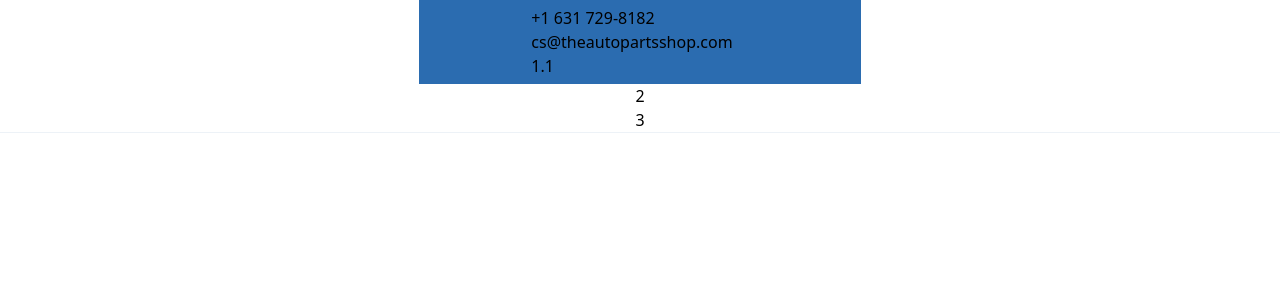
Repository: robindhimanspineor/TAPS-Next
Page: /
An editor plug-in stored every save of this project. The page is shown before and after the next save, followed by the edit.
The browser window is 1280 px wide. The pictures show the whole page.
The project was rebuilt for these pictures with package versions that can differ from the ones it lists, and the page was loaded fresh each time. The framework's server and built-in components were replaced by stand-ins that run in the browser. Also part of the build but not shown: next.config.js.

Above is the page before, as saved 2021-09-16 14:35:06.

After the next save:
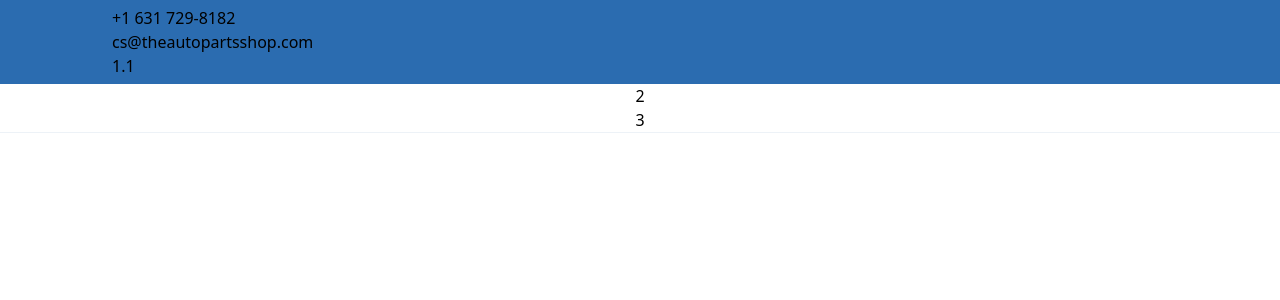
Saved 48 s later.
--- a/src/components/common/header/index.js
+++ b/src/components/common/header/index.js
@@ -1,7 +1,7 @@
 const Header = () => {
   return (
     <header className="flex flex-col items-center justify-center w-full static border-b z-50">
-      <div className="head-top just-between py-1.5 pr-32 pl-28 bg-blue-700">
+      <div className="head-top just-between py-1.5 pr-32 pl-28 bg-blue-700 w-full">
         <div className="head-top-left">
           <div className="head-top phone">
             <span></span>
